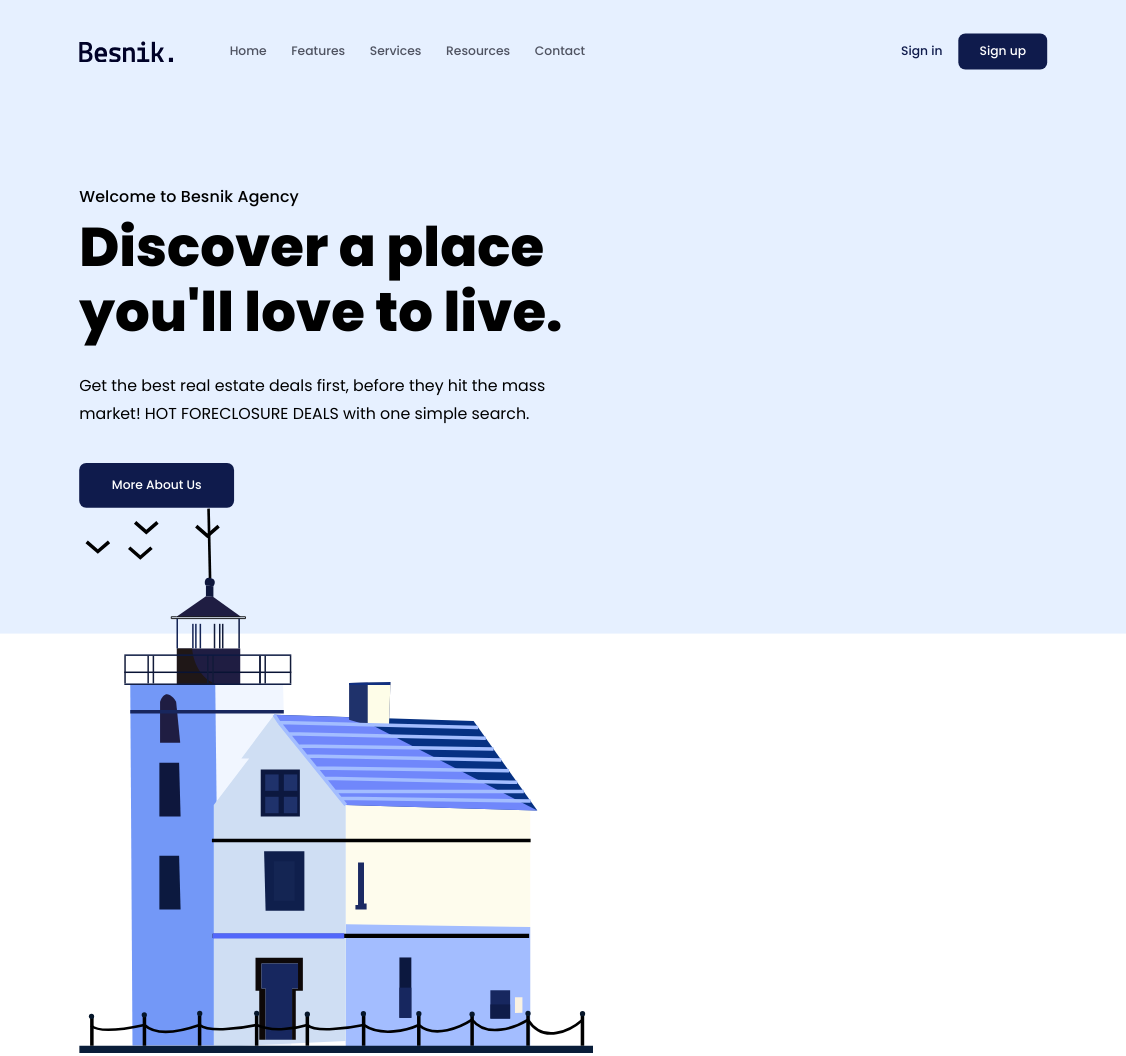
Repository: ducvui2003/f8-project-01
Page: index.html
An editor plug-in stored every save of this project. The page is shown before and after the next save, followed by the edit.
The browser window is 1280 px wide. The pictures show the whole page, at 88% of full size.

Above is the page before, as saved 2023-06-16 19:51:28.

After the next save:
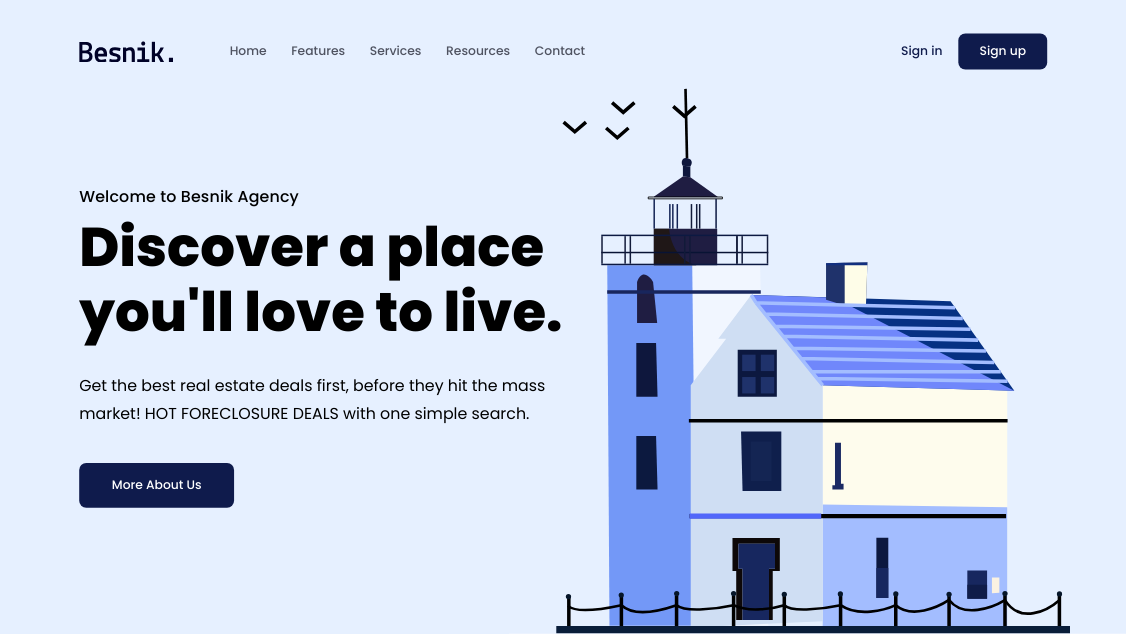
Saved 65 s later.
--- a/asset/css/styles.css
+++ b/asset/css/styles.css
@@ -111,3 +111,8 @@
   padding: 15px 37px;
   min-width: 170px;
 }
+.hero-img {
+  position: absolute;
+  right: 64px;
+  bottom: 0;
+}
